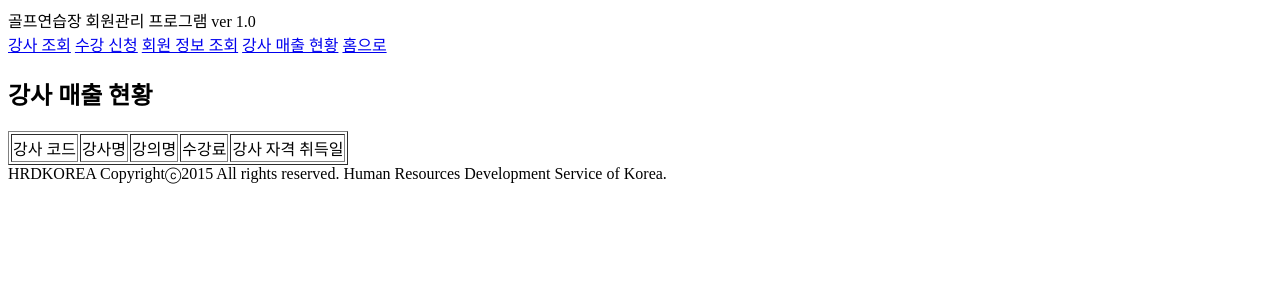
Repository: wwwxsv19/HRDkorea
Page: http://localhost/golf/money.jsp
An editor plug-in stored every save of this project. The page is shown before and after the next save, followed by the edit.
The browser window is 1280 px wide. The pictures show the whole page.
The page is served by Tomcat 9. Queries for data that is not in the repository find no rows.

Above is the page before, as saved 2024-06-25 08:04:54.

After the next save:
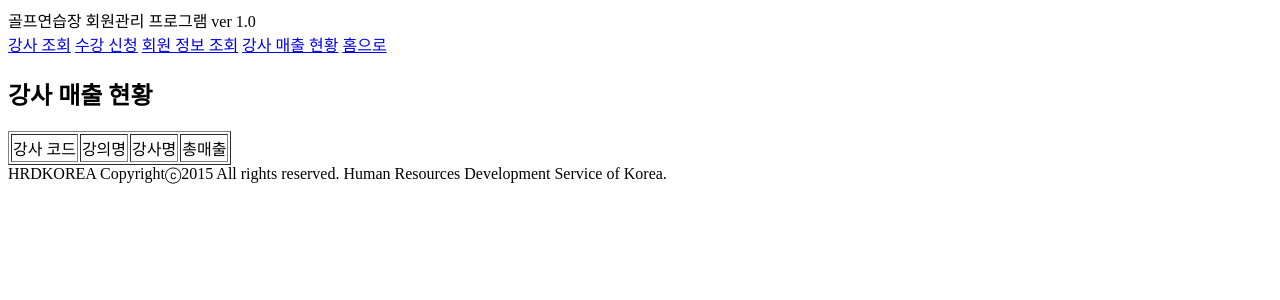
Saved 19 s later.
--- a/golf/golf/src/main/webapp/money.jsp
+++ b/golf/golf/src/main/webapp/money.jsp
@@ -16,10 +16,9 @@
 	<table border=1>
 		<tr>
 			<td>강사 코드</td>
+			<td>강의명</td>
 			<td>강사명</td>
-			<td>강의명</td>
-			<td>수강료</td>
-			<td>강사 자격 취득일</td>
+			<td>총매출</td>
 		</tr>
 		<%
 
